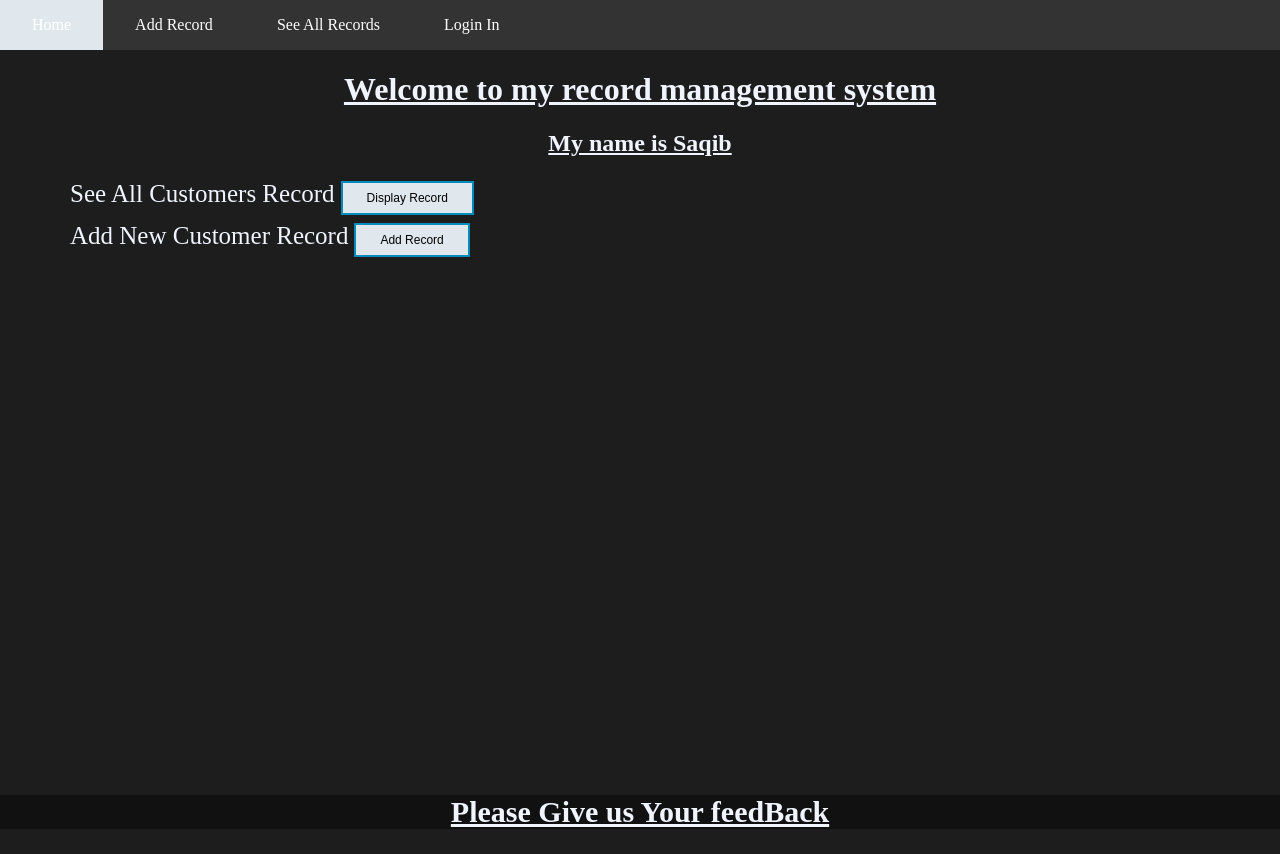
Repository: MUHAMMAD-SAQIB-2000/SpringBoot
Page: http://localhost/WebServiceRecordManagementSystem/home.jsp
An editor plug-in stored every save of this project. The page is shown before and after the next save, followed by the edit.
The browser window is 1280 px wide. The pictures show the whole page.
The page is served by Tomcat 9.

Above is the page before, as saved 2020-08-12 14:10:59.

After the next save:
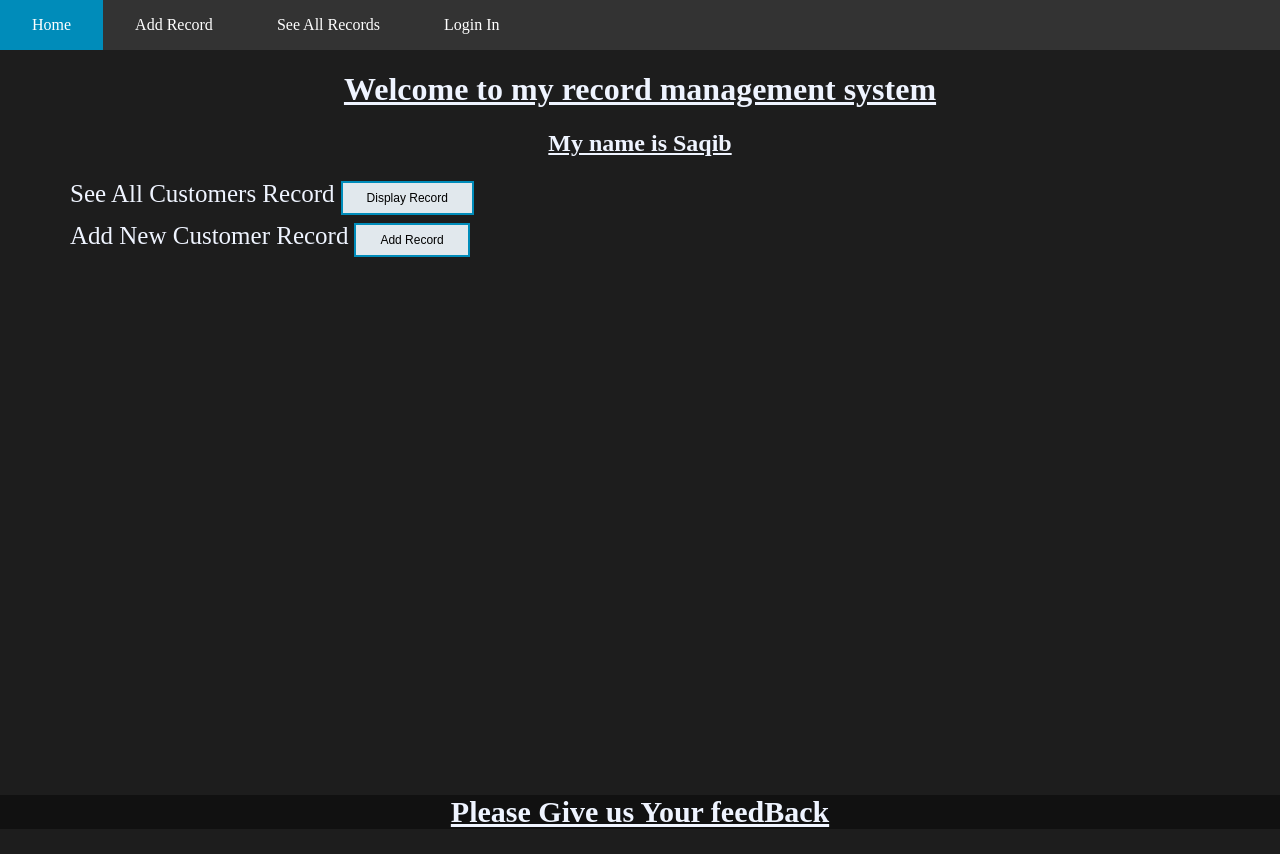
Saved 11 s later.
--- a/WebServiceRecordManagementSystem/src/main/webapp/style.css
+++ b/WebServiceRecordManagementSystem/src/main/webapp/style.css
@@ -31,12 +31,12 @@ li a {
 }
 
 li a:hover {
-	background-color:#E1E8ED;
+	background-color:#008CBA;
 	color:#fff;
 }
 
 .active {
-	background-color: #eff4ff;
+	background-color: #E1E8ED;
 }
 .mainBody{
 	padding: 20px 20px;
